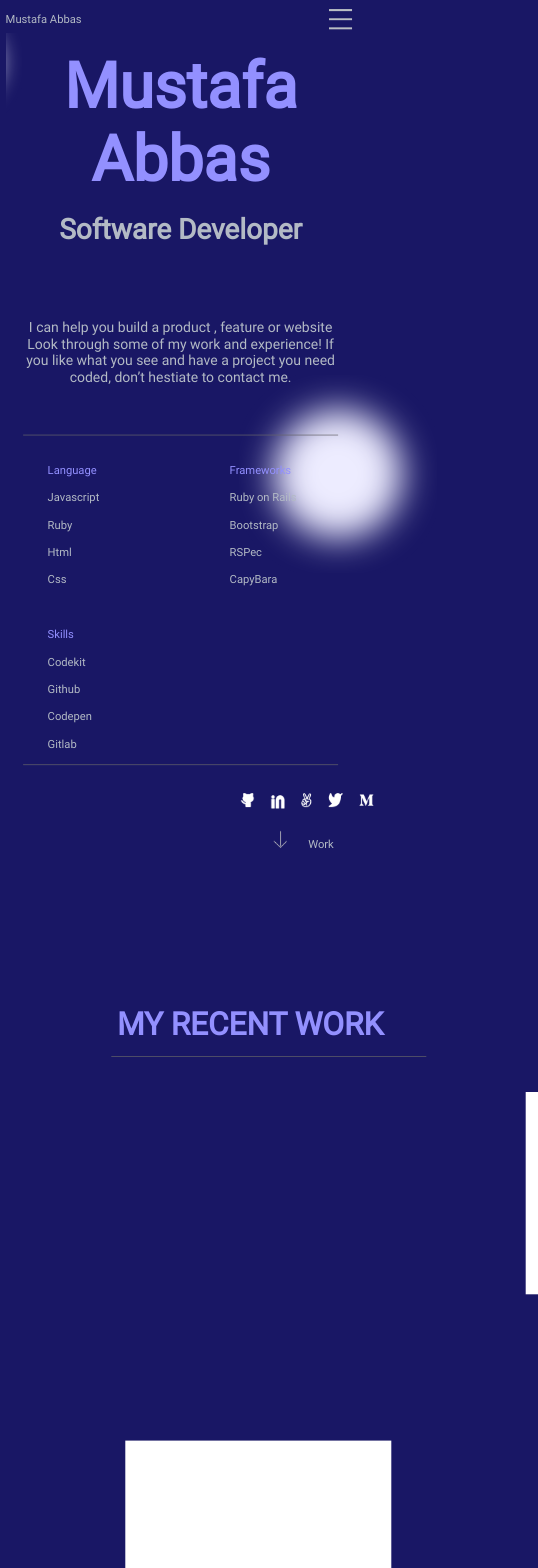
Repository: mustabbas/Portfolio
Page: index.html
These files come from the project's save history. The page is drawn as it stood at one moment and after the next save; the edit follows.
The browser window is 768 px wide. The pictures show the part of the page from y = 0 to 2240 px (the page is 6268 px tall before and 6288 px after), at 70% of full size.

Above is the page before, as saved 2021-08-30 18:45:10.

After the next save:
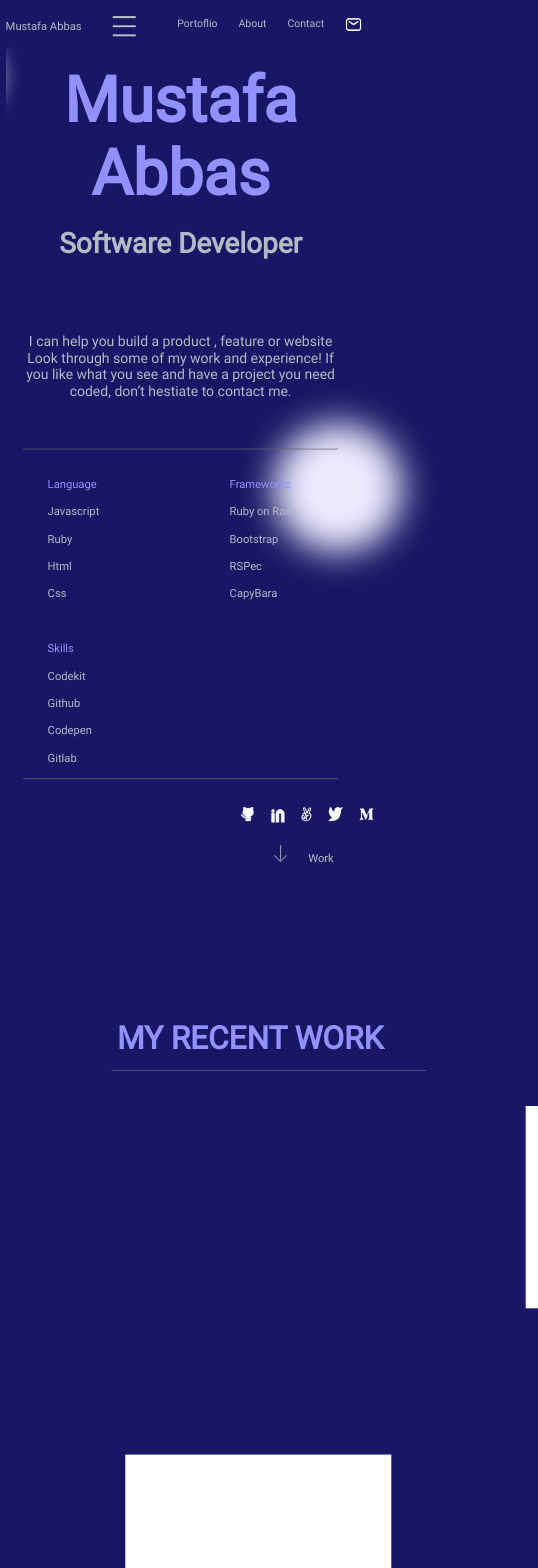
Saved 10 min 27 s later.
--- a/style.css
+++ b/style.css
@@ -437,8 +437,11 @@ textarea::placeholder {
   }
 
   .main-nav {
-    display: none;
-  }
+    /* display: none; */
+
+  }
+
+
 
   .head-wraper {
     width: 500px;
